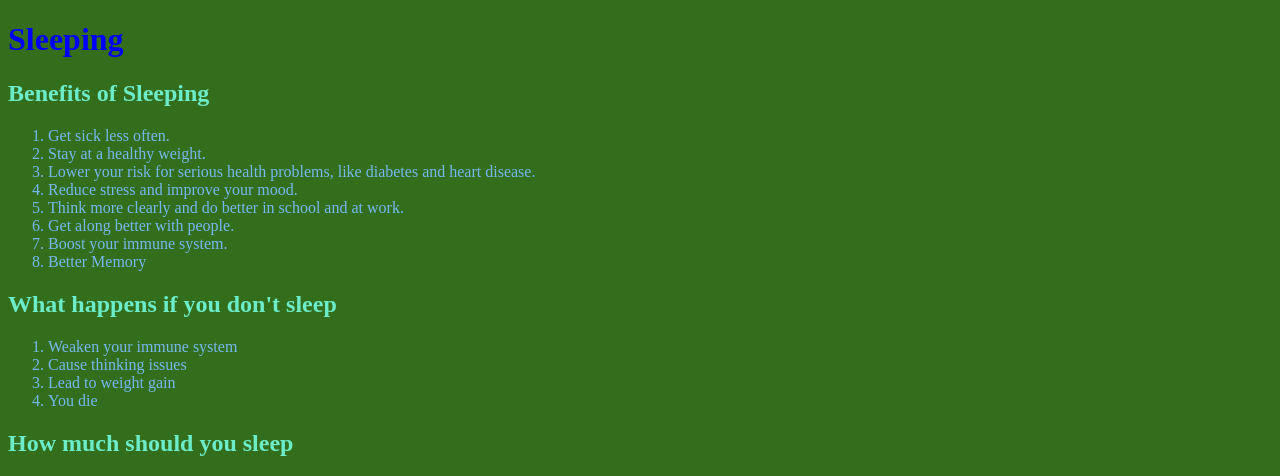
Repository: Darrenyyds/class1
Page: Myhobbies.html
An editor plug-in stored every save of this project. The page is shown before and after the next save, followed by the edit.
The browser window is 1280 px wide. The pictures show the part of the page from y = 0 to 476 px (the page is 1126 px tall).
Pictures or frames that could not be fetched are drawn as grey boxes.

Above is the page before, as saved 2023-02-04 15:13:09.

After the next save:
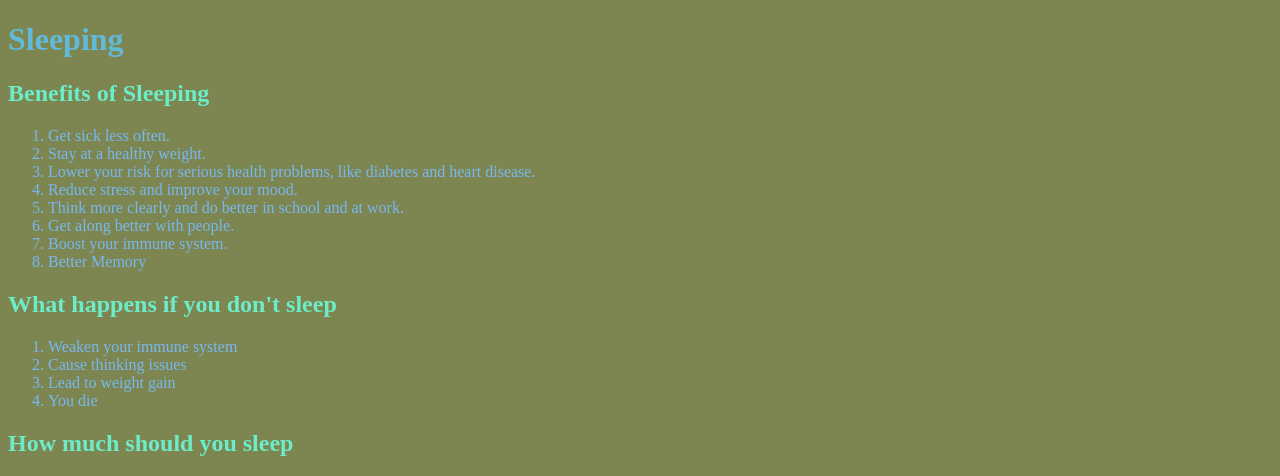
Saved 22 s later.
--- a/Myhobbies.css
+++ b/Myhobbies.css
@@ -1,5 +1,5 @@
 Body {
-  background-color: rgb(50, 110, 28);
+  background-color: rgb(125, 134, 80);
 }
 .graph {
   background-image: url(https://www.sleepdr.com/wp-content/uploads/2016/11/Sleep-Duration-Guidelines.png);
@@ -19,7 +19,7 @@ Body {
 }
 
 h1 {
-  color: blue;
+  color: rgb(98, 186, 218);
 }
 p {
   color: rgb(120, 184, 241);
